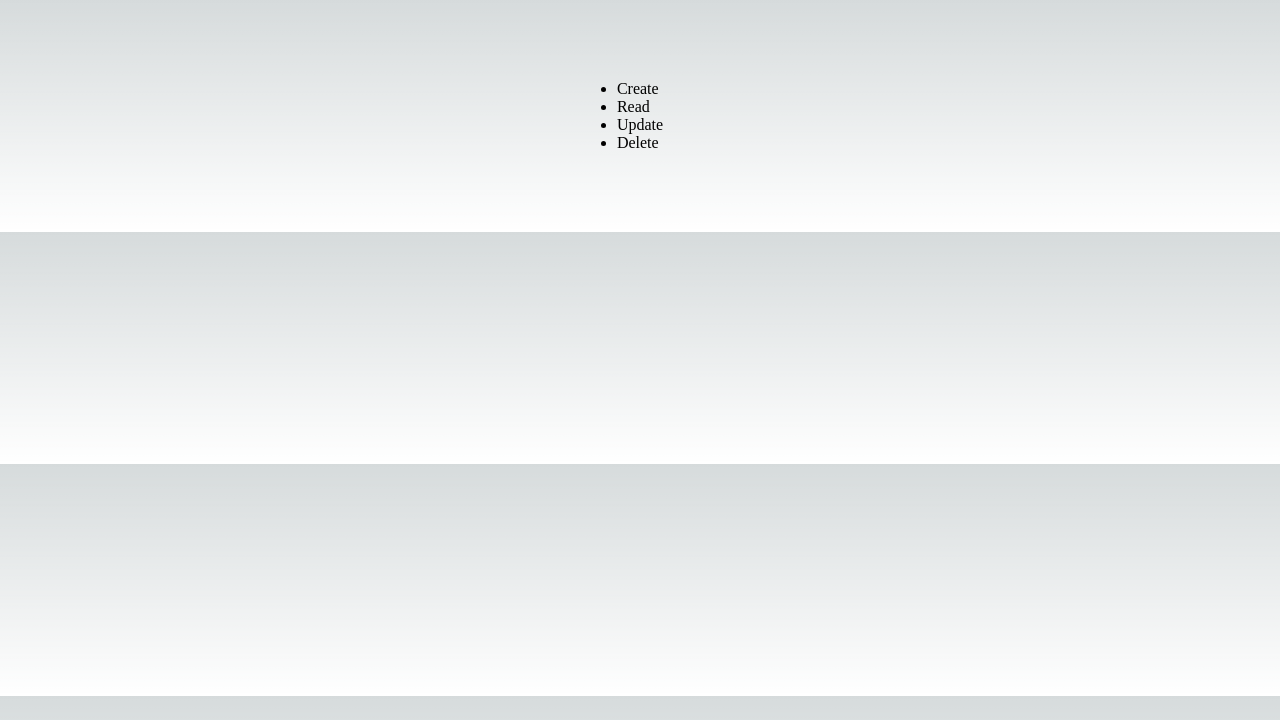
Repository: JerryWuOn/DCD-Playwright-tests
Page: /
The author's editor kept a copy of each file at every save. The page is drawn from the files as they stood at one save, then again after a run of saves.
The browser window is 1280 px wide. The pictures show the whole page.
The project was rebuilt for these pictures with package versions that can differ from the ones it lists, and the page was loaded fresh each time. The framework's server and built-in components were replaced by stand-ins that run in the browser. Also part of the build but not shown: next.config.js.

Above is the page before, as saved 2023-01-23 11:02:11.

After the next 5 saves:
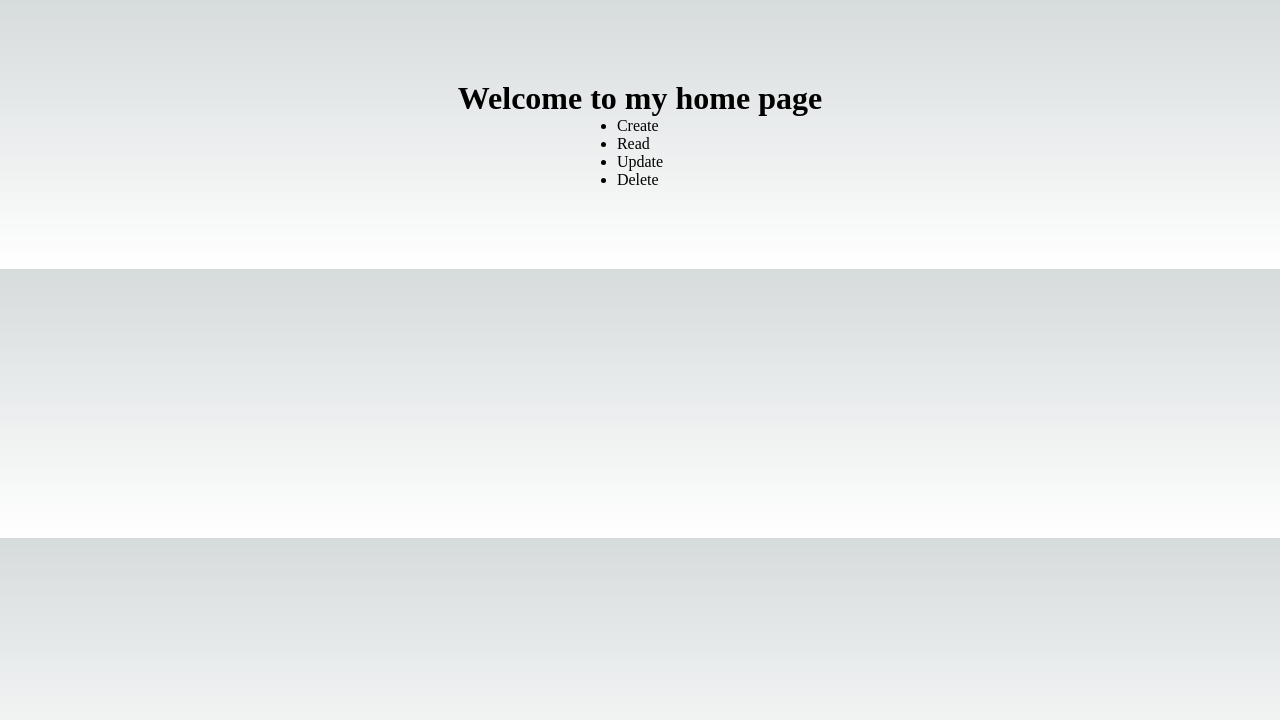
The 5 saves are shown as one change because they came seconds apart.
The last was saved 14 s later.
--- a/pages/index.js
+++ b/pages/index.js
@@ -10,18 +10,12 @@ export default function Home() {
     <>
       <Head>
         <title>Example #1</title>
-        <h1>Welcome to my home page</h1>
         <meta name="description" content="Generated by create next app" />
         <meta name="viewport" content="width=device-width, initial-scale=1" />
         <link rel="icon" href="/favicon.ico" />
-        <ul>
-          <li> Create</li>
-          <li> Read</li>
-          <li> Update</li>
-          <li> Delete</li>
-        </ul>
       </Head>
       <main className={styles.main}>
+      <h1>Welcome to my home page</h1>
       <ul>
           <li> Create</li>
           <li> Read</li>
